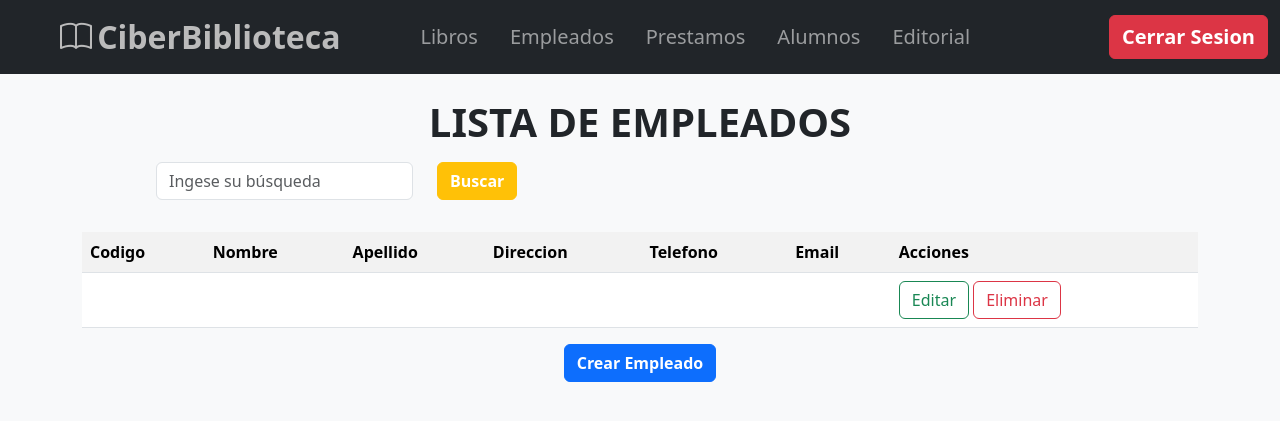
Repository: WilmerOcampo/LP1_Biblioteca
Page: http://localhost/Proyecto/listaEmpleados.jsp
An editor plug-in stored every save of this project. The page is shown before and after the next save, followed by the edit.
The browser window is 1280 px wide. The pictures show the whole page.
The page is served by Tomcat 10.

Above is the page before, as saved 2023-05-31 22:13:12.

After the next save:
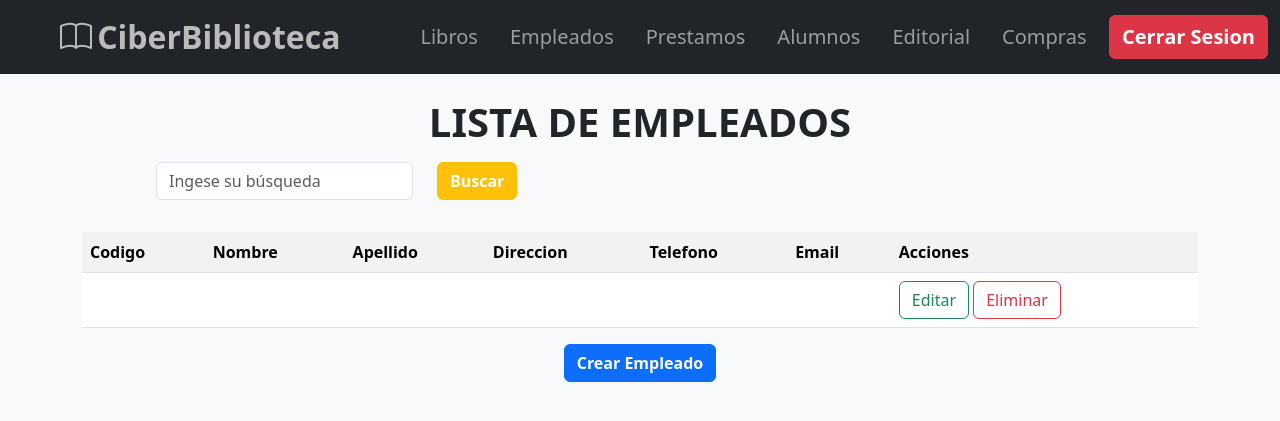
Saved 6 s later.
--- a/Proyecto/src/main/webapp/listaEmpleados.jsp
+++ b/Proyecto/src/main/webapp/listaEmpleados.jsp
@@ -44,6 +44,9 @@
                   </li>
                    <li class="nav-item" style="margin:0 0.5rem">
                     <a class="nav-link" href="listaEditorial.jsp">Editorial</a>
+                  </li>
+                  <li class="nav-item" style="margin:0 0.5rem">
+                    <a class="nav-link" href="listaCompras.jsp">Compras</a>
                   </li>
                  </ul>
 
